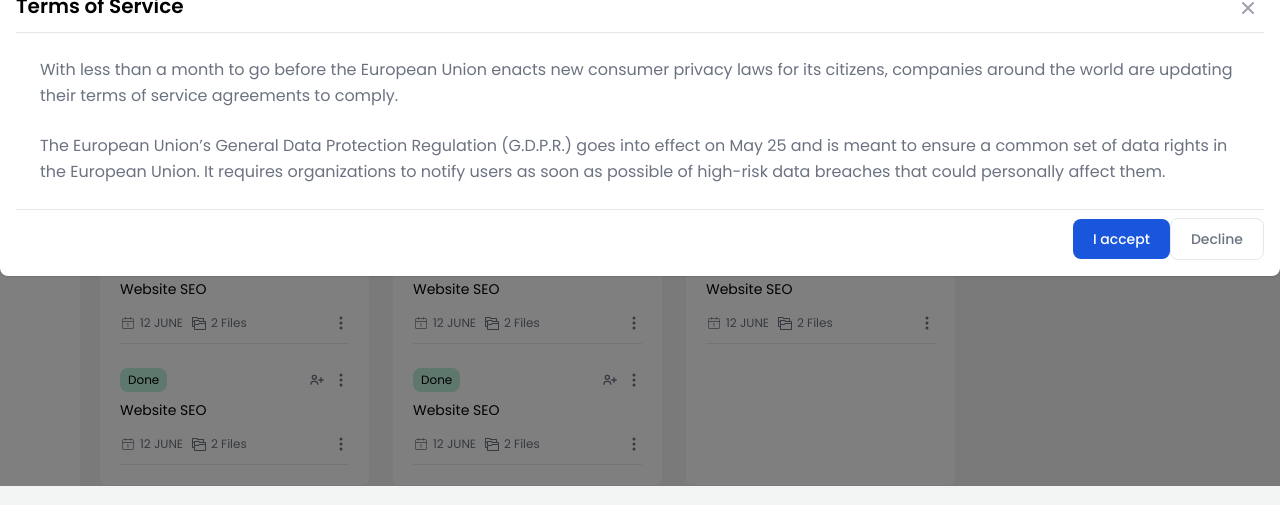
Repository: Shamraiz761/Frontend-Assessment
Page: /, after clicking the first element matching `button.bg-white`
These files come from the project's save history. The page is drawn as it stood at one moment and after the next save; the edit follows.
The browser window is 1280 px wide. The pictures show the part of the page from y = 234 to 739 px (the page is 739 px tall).
Pictures or frames that could not be fetched are drawn as grey boxes. The project was rebuilt for these pictures with package versions that can differ from the ones it lists, and the page was loaded fresh each time. Also part of the build but not shown: vite.config.js. Imported but missing from the stored project, and not drawn on this page: src/pages/auth/login.

Above is the page before, as saved 2023-06-09 12:53:50.

### src/main.jsx
import ReactDOM from 'react-dom/client'

import React from 'react'

import App from './App.jsx'
import './index.css'

ReactDOM.createRoot(document.getElementById('root')).render(
  <React.StrictMode>
    <App />
  </React.StrictMode>,
)

### src/App.jsx
import React from 'react'
import { DndProvider } from 'react-dnd'
import { HTML5Backend } from 'react-dnd-html5-backend'
import 'flowbite'

import AppRoutes from './routes'

export default function App() {
  return (
    <DndProvider backend={HTML5Backend}>
      <AppRoutes />
    </DndProvider>
  )
}

### src/index.css
@import url("https://fonts.googleapis.com/css2?family=Poppins:wght@400;500;600;700;800;900&display=swap");

@tailwind base;
@tailwind components;
@tailwind utilities;

* {
  margin: 0;
  padding: 0;
}

body {
  margin: 0;
  font-family: "Poppins", -apple-system, BlinkMacSystemFont, "Segoe UI",
    "Roboto", "Oxygen", "Ubuntu", "Cantarell", "Fira Sans", "Droid Sans",
    "Helvetica Neue", sans-serif;
  -webkit-font-smoothing: antialiased;
  -moz-osx-font-smoothing: grayscale;
  width: 100vw;
  overflow-x: hidden;
  background-color: #f2f5f3;
  /* background: linear-gradient(180deg, #faefe8 0%, #edc7ac 100%); */
}

code {
  font-family: source-code-pro, Menlo, Monaco, Consolas, "Courier New",
    monospace;
}

.pointer-cursor {
  cursor: pointer;
}

.cusBorder {
  border: 1px solid #000;
  border-radius: 5px;
}

img {
  cursor: pointer;
}
.errors {
  color: #dc3545;
  padding: 0;
  margin: 0;
  font-size: 12px;
}
.loader {
  position: fixed;
  top: 0;
  bottom: 0;
  left: 0;
  right: 0;
  background-color: rgba(47, 151, 161, 0.32);

  display: flex;
  justify-content: center;
  align-items: center;
}

.link {
  color: #000;
  cursor: pointer;
  text-decoration: none;
}
.link:hover {
  color: #000;
}

.trans-btn {
  background-color: transparent;
  border: none;
}
.profile-logout-btn {
  border: 0;
}
.profile-logout-btn:hover {
  border: 0;
}
.profile-btn {
  border-radius: 0;
  border: 0;
}
.logout-btn {
  border-radius: 0;
  border: 0;
}
.logout-btn:hover {
  background-color: rgba(220, 53, 69, 0.5);
  border: 0;
  color: #fff;
}
.breadcrumbs ul {
  list-style: none;
  display: inline-block;
}

.breadcrumbs ul li {
  display: inline;
}

.breadcrumbs ul li .bc-link {
  /* display: block; */
  width: max-content;
  background-color: #f8f9fa;
  padding: 6px 15px 6px 25px;
  text-align: center;
  position: relative;
  margin: 0 10px 0 0;
  font-size: 15px;
  text-decoration: none;
  color: #000;
}
.breadcrumbs ul li .bc-link::after {
  content: "";
  border-top: 17px solid transparent;
  border-bottom: 17px solid transparent;
  border-left: 17px solid #f8f9fa;
  position: absolute;
  top: 0;
  right: -17px;
  z-index: 1;
}
.breadcrumbs ul li .bc-link::before {
  content: "";
  border-top: 17px solid transparent;
  border-bottom: 17px solid transparent;
  border-left: 17px solid #71cdd5;
  position: absolute;
  top: 0;
  left: 0;
}
.breadcrumbs ul li:first-child .bc-link {
  border-top-left-radius: 5px;
  border-bottom-left-radius: 5px;
}
.breadcrumbs ul li:first-child .bc-link::before {
  display: none;
}

.breadcrumbs ul li:last-child .bc-link {
  padding-right: 20px;
  border-top-right-radius: 5px;
  border-bottom-right-radius: 5px;
}
.breadcrumbs ul li:last-child .bc-link::after {
  display: none;
}

@media screen and (max-width: 500px) {
  .breadcrumbs ul li .bc-link {
    /* display: block; */
    padding: 2px 2px 2px 13px;
    /* margin: 0 10px 0 0; */
    font-size: 14px;
  }

  .breadcrumbs ul li .bc-link::after {
    content: "";
    border-top: 11.6px solid transparent;
    border-bottom: 11.6px solid transparent;
    border-left: 11.6px solid #f8f9fa;
    position: absolute;
    top: 0;
    right: -11.6px;
    z-index: 1;
  }
  .breadcrumbs ul li .bc-link::before {
    content: "";
    border-top: 11.6px solid transparent;
    border-bottom: 11.6px solid transparent;
    border-left: 11.6px solid #71cdd5;
    position: absolute;
    top: 0;
    left: 0;
  }
  .breadcrumbs ul li:last-child .bc-link {
    padding-right: 5px;
  }
}

@media screen and (max-width: 350px) {
  .breadcrumbs ul li .bc-link {
    /* display: block; */
    padding: 2px 2px 2px 12px;
    /* margin: 0 10px 0 0; */
    font-size: 10px;
  }

  .breadcrumbs ul li .bc-link::after {
    content: "";
    border-top: 9px solid transparent;
    border-bottom: 9px solid transparent;
    border-left: 9px solid #f8f9fa;
    position: absolute;
    top: 0;
    right: -9px;
    z-index: 1;
  }
  .breadcrumbs ul li .bc-link::before {
    content: "";
    border-top: 9px solid transparent;
    border-bottom: 9px solid transparent;
    border-left: 9px solid #edc7ac;
    position: absolute;
    top: 0;
    left: 0;
  }
  .breadcrumbs ul li:last-child .bc-link {
    padding-right: 5px;
  }
}

/* ********************************************** */

### src/routes/index.jsx
import {
  createBrowserRouter,
  createRoutesFromElements,
  RouterProvider,
  Route,
} from "react-router-dom";

import * as React from "react";

import Layout from "./layout";
import Root from "./root";

import Home from "../pages/dashboard";
import Login from "../pages/auth/login";
import Header from "../components/header/index";

export default function AppRoutes() {
  const router = createBrowserRouter(
    createRoutesFromElements(
      <Route path="/" element={<Root />}>
        <Route path="/login" element={<Login />} />

        <Route element={<Layout />}>
          <Route path="/" element={<Home />} />
        </Route>
      </Route>
    )
  );

  return <RouterProvider router={router} />;
}

### src/routes/layout.jsx
import { Link, Outlet, useNavigate } from "react-router-dom";
import { Gi3DGlasses } from "react-icons/gi";
import { CgProfile } from "react-icons/cg";
import { BsArrowLeft, BsFillChatSquareTextFill } from "react-icons/bs";
import { MdOutlineDashboard, MdOutlineCastForEducation } from "react-icons/md";

import React, { useState } from "react";
import Header from "../components/header/index";

export default function Layout() {
  const [open, setOpen] = useState(false);
  const [type, setType] = useState(false);
  const navigate = useNavigate();
  return (
    <div>
      {/* {loading && <LoadingSpinner asOverlay />} */}
      <div
        className={` h-screen bg-white  p-3 ${
          open ? "w-56" : "w-20"
        } fixed top-0 sidebar z-50`}
      >
        {/* Logo */}

        <div className="flex flex-row justify-center">
          <svg
            width="67"
            height="67"
            viewBox="0 0 67 67"
            fill="none"
            xmlns="http://www.w3.org/2000/svg"
            className={` text-4xl block float-left cursor-pointer rounded duration-500 ${
              !open && "rotate-[360deg]"
            }`}
            onClick={() => {
              setOpen(!open);
              setType(false);
            }}
          >
            <path
              d="M22.138 15.2984L30.8759 24.0363C32.3276 25.488 34.7005 25.488 36.1522 24.0363L44.8901 15.2984C47.2351 12.9534 45.588 8.90552 42.238 8.90552H24.7622C21.4401 8.90552 19.7651 12.9534 22.138 15.2984Z"
              fill="#208FF5"
            />
            <path
              d="M22.138 51.7017L30.8759 42.9637C32.3276 41.5121 34.7005 41.5121 36.1522 42.9637L44.8901 51.7017C47.2351 54.0467 45.588 58.0946 42.238 58.0946H24.7622C21.4401 58.0946 19.7651 54.0467 22.138 51.7017Z"
              fill="#208FF5"
            />
            <path
              d="M6.03002 31.9088L12.423 21.8588C13.428 20.2676 15.6614 20.0163 17.0014 21.3563L27.0514 31.4063C28.1959 32.5509 28.1959 34.4213 27.0514 35.5659L17.0014 45.6159C15.6614 46.9559 13.456 46.7047 12.423 45.1134L6.03002 35.0634C5.44377 34.1142 5.44377 32.8859 6.03002 31.9088Z"
              fill="#208FF5"
            />
            <path
              d="M60.9701 31.9088L54.5771 21.8588C53.5721 20.2676 51.3387 20.0163 49.9987 21.3563L39.9488 31.4063C38.8042 32.5509 38.8042 34.4213 39.9488 35.5659L49.9987 45.6159C51.3387 46.9559 53.5442 46.7047 54.5771 45.1134L60.9701 35.0634C61.5563 34.1142 61.5563 32.8859 60.9701 31.9088Z"
              fill="#208FF5"
            />
          </svg>
        </div>

        {/* Search */}

        <ul className="pt-2">
          {/* Dashboard */}
          <Link
            to="/"
            className={` rounded-md text-gray-500  text-xs flex items-center gap-x-4 cursor-pointer hover:bg-gray-50 hover:text-blue-500 py-4 p-2`}
          >
            <span className="text-xl block float-left">
              <MdOutlineDashboard />
            </span>
            <span
              className={` text-sm font-md flex-1
          ${!open && "hidden"}`}
            >
              Marketplace
            </span>
          </Link>

          <Link
            className={` rounded-md text-gray-500  text-xs flex items-center gap-x-4 cursor-pointer hover:bg-gray-50 hover:text-blue-500 py-4 p-2`}
            to="/profile"
          >
            <span className="text-xl block float-left">
              <CgProfile />
            </span>
            <span
              className={` text-xs font-md flex-1
          ${!open && "hidden"}`}
            >
              Profile
            </span>
          </Link>

          {/* Lens */}
          <Link
            className={` rounded-md text-gray-500  text-xs flex items-center gap-x-4 cursor-pointer hover:bg-gray-50 hover:text-blue-500 py-4 p-2`}
            to="/chat"
          >
            <span className="text-lg block float-left">
              <BsFillChatSquareTextFill />
            </span>
            <span
              className={` text-xs font-md flex-1
          ${!open && "hidden"}`}
            >
              Chat
            </span>
          </Link>

          {/* Orders */}
          <Link
            className={` rounded-md text-gray-500  text-xs flex items-center gap-x-4 cursor-pointer hover:bg-gray-50 hover:text-blue-500 py-4 p-2`}
            to="/education"
          >
            <span className="text-xl block float-left">
              <MdOutlineCastForEducation />
            </span>
            <span
              className={` text-xs font-md flex-1
          ${!open && "hidden"}`}
            >
              Education
            </span>
          </Link>
        </ul>
      </div>
      <div className={` ${open ? "ml-56" : "ml-20"}`}>
        <Header />
        <Outlet />
      </div>
    </div>
  );
}

### src/routes/root.jsx
import { Outlet } from 'react-router-dom'

import React from 'react'

export default function Root() {
    return (
        <Outlet />
    )
}

### src/pages/Dashboard/index.jsx
import { AiOutlinePlusCircle } from "react-icons/ai";
import { BsThreeDotsVertical } from "react-icons/bs";

import React, { useState } from "react";

import "./index.css";
import Profile from "../../components/dashboard/profile";
import Card from "../../components/dashboard/card";

function Home() {
  const [isModalOpen, setIsModalOpen] = useState(false);

  const toggleModal = () => {
    setIsModalOpen(!isModalOpen);
  };

  return (
    <div className="mr-3">
      <Profile />
      <div className="m-5 grid grid-cols-1 sm:grid-cols-2 md:grid-cols-3 lg:grid-cols-4 gap-6 ">
        <div className="bg-white p-5 rounded-md">
          <div className="flex flex-row justify-between py-3 border-b">
            <div className="text-sm font-medium">Task Name</div>
            <div className="flex flex-row text-gray-500">
              <AiOutlinePlusCircle className="mr-2" />
              <BsThreeDotsVertical />
            </div>
          </div>
          <Card />
          <Card />
        </div>
        <div className="bg-white p-5 rounded-md">
          <div className="flex flex-row justify-between py-3 border-b">
            <div className="text-sm font-medium">Task Name</div>
            <div className="flex flex-row text-gray-500">
              <AiOutlinePlusCircle className="mr-2" />
              <BsThreeDotsVertical />
            </div>
          </div>
          <Card />
          <Card />
        </div>
        <div className="bg-white p-5 rounded-md">
          <div className="flex flex-row justify-between py-3 border-b">
            <div className="text-sm font-medium">Task Name</div>
            <div className="flex flex-row text-gray-500">
              <AiOutlinePlusCircle className="mr-2" />
              <BsThreeDotsVertical />
            </div>
          </div>
          <Card />
        </div>

        <div>
          <button
            onClick={toggleModal}
            className="bg-white flex flex-row justify-center text-blue-500 rounded-lg border border-dashed border-blue-500 px-2 py-2 text-sm w-full"
            type="button"
          >
            <AiOutlinePlusCircle className="mr-2 mt-1" />
            <h1>Add List</h1>
          </button>
          {isModalOpen && (
            <div className="fixed w-full top-0 left-0 right-0 bottom-0 z-50   bg-opacity-50 bg-black">
              <div className="w-9/12 flex min-h-screen  items-center justify-center ml-40">
                <div className="absolute bg-white rounded-lg shadow p-4">
                  {/* Modal header */}
                  <div className="flex items-start justify-between border-b pb-2">
                    <h3 className="text-xl font-semibold">Terms of Service</h3>
                    <button
                      onClick={toggleModal}
                      className="text-gray-400 bg-transparent hover:bg-gray-200 hover:text-gray-900 rounded-lg p-1.5 ml-auto inline-flex items-center"
                    >
                      <svg
                        aria-hidden="true"
                        className="w-5 h-5"
                        fill="currentColor"
                        viewBox="0 0 20 20"
                        xmlns="http://www.w3.org/2000/svg"
                      >
                        <path
                          fillRule="evenodd"
                          d="M4.293 4.293a1 1 0 011.414 0L10 8.586l4.293-4.293a1 1 0 111.414 1.414L11.414 10l4.293 4.293a1 1 0 01-1.414 1.414L10 11.414l-4.293 4.293a1 1 0 01-1.414-1.414L8.586 10 4.293 5.707a1 1 0 010-1.414z"
                          clipRule="evenodd"
                        />
                      </svg>
                      <span className="sr-only">Close modal</span>
                    </button>
                  </div>
                  {/* Modal body */}
                  <div className="p-6 space-y-6">
                    <p className="text-base leading-relaxed text-gray-500">
                      With less than a month to go before the European Union
                      enacts new consumer privacy laws for its citizens,
                      companies around the world are updating their terms of
                      service agreements to comply.
                    </p>
                    <p className="text-base leading-relaxed text-gray-500">
                      The European Union’s General Data Protection Regulation
                      (G.D.P.R.) goes into effect on May 25 and is meant to
                      ensure a common set of data rights in the European Union.
                      It requires organizations to notify users as soon as
                      possible of high-risk data breaches that could personally
                      affect them.
                    </p>
                  </div>
                  {/* Modal footer */}
                  <div className="flex items-center justify-end border-t pt-2">
                    <button
                      onClick={toggleModal}
                      type="button"
                      className="text-white bg-blue-700 hover:bg-blue-800 focus:ring-4 focus:outline-none focus:ring-blue-300 font-medium rounded-lg text-sm px-5 py-2.5"
                    >
                      I accept
                    </button>
                    <button
                      onClick={toggleModal}
                      type="button"
                      className="text-gray-500 bg-white hover:bg-gray-100 focus:ring-4 focus:outline-none focus:ring-blue-300 rounded-lg border border-gray-200 text-sm font-medium px-5 py-2.5 hover:text-gray-900"
                    >
                      Decline
                    </button>
                  </div>
                </div>
              </div>
            </div>
          )}
        </div>
      </div>
    </div>
  );
}
export default Home;

### src/components/header/index.jsx
import { IoIosNotifications } from "react-icons/io";

import React from "react";
import { CgProfile } from "react-icons/cg";

function Header() {
  return (
    <div>
      {/* component */}
      <nav className=" bg-white w-full flex relative justify-between items-center mx-auto px-8 py-4 h-16">
        {/* search bar */}
        <div className="hidden sm:block flex-shrink flex-grow-0 justify-start px-2">
          <div className="inline-block">
            <div className="inline-flex items-center max-w-full">
              <input
                className="flex items-center text-gray-400 bg-slate-50 justify-between  flex-grow-0  relative w-72 border rounded-lg  py-1"
                type="search"
                placeholder="Search"
              />

              <div className="flex items-center justify-center relative  h-8 w-24 rounded-full"></div>
            </div>
          </div>
        </div>

        <div className="flex-initial">
          <div className="flex justify-end items-center relative">
            <div className="block">
              <div className="inline relative sm:flex sm:flex-row sm:justify-center">
                <button
                  type="button"
                  className="inline-flex items-center relative px-2  rounded-full hover:shadow-lg"
                >
                  <IoIosNotifications className="text-gray-400 text-xl" />
                </button>
                <button
                  type="button"
                  className="inline-flex items-center relative px-2  rounded-full hover:shadow-lg"
                >
                  <CgProfile className="text-gray-400 text-xl" />
                </button>
              </div>
            </div>
          </div>
        </div>
        {/* end login */}
      </nav>
    </div>
  );
}

export default Header;

### src/pages/Dashboard/index.css
.dashboard-cover-iamge{
    background: url("../../assets/images/dashboard-back.png");
    background-position: center;
    background-repeat: no-repeat;
    background-size: cover;

}

### src/components/dashboard/profile.jsx
import profile from "../../assets/images/Ellipse 1631.png";

import React from "react";

function Profile() {
  return (
    <div className="m-5  w-[11/12] md:h-72 h-[360px]  bg-white">
      <div className="dashboard-cover-iamge h-[150px]  w-[100%]"></div>
      <div className="grid lg:grid-cols-2 grid-cols-1 md:grid-cols-2 flex-row justify-between flex-wrap">
        <div className="ml-12">
          <img src={profile} className="h-32 w-32 mt-[-65px]  " />
          <h1 className="text-blue-600 font-semibold text-sm ml-[-15px] mt-2">
            Muhammad Shamraiz
          </h1>
          <p className="text-gray-400 text-xs font-thin ml-[-15px]">
            shamirajpoot@gmail.com
          </p>
        </div>
        <div className="grid my-3 grid-cols-2 lg:grid-cols-4 md:justify-end justify-between mx-8 items-center ">
          <button className="btn border  rounded-full w-24 lg:w-28 m-1  px-4 py-2 bg-blue-600 text-sm  text-white">
            Task
          </button>
          <button className="btn border  rounded-full w-24 lg:w-28 m-1 px-4 py-2 bg-gray-300 text-sm  text-gray-800">
            Order
          </button>
          <button className="btn border  rounded-full w-24 lg:w-28  m-1 px-4 py-2 bg-gray-300 text-sm  text-gray-800">
            Submit
          </button>
          <button className="btn border  rounded-full w-24 lg:w-28 m-1 px-4 py-2 bg-gray-300 text-sm  text-gray-800">
            Payment
          </button>
        </div>
      </div>
    </div>
  );
}

export default Profile;

### src/components/dashboard/card.jsx
import { BiUserPlus } from "react-icons/bi";
import { CiCalendarDate } from "react-icons/ci";
import { VscFileSubmodule } from "react-icons/vsc";
import { BsThreeDotsVertical } from "react-icons/bs";

import React from "react";

function Card() {
  return (
    <div className="border-b py-3">
      <div className="flex flex-row justify-between mt-3 ">
        <span className="bg-green-200 px-2 py-1 rounded-lg text-xs font-thin">
          Done
        </span>
        <div className="flex flex-row text-gray-500 mt-1">
          <BiUserPlus className="mr-2 " />
          <BsThreeDotsVertical />
        </div>
      </div>
      <h1 className="text-sm my-2">Website SEO</h1>

      <div className="flex flex-row justify-between mt-3">
        <div className="flex flex-row">
          <div className="flex flex-row text-gray-500 mt-1">
            <CiCalendarDate className="mr-1" />
            <p className="text-xs font-thin text-gray-500 mr-2">12 JUNE</p>
          </div>
          <div className="flex flex-row text-gray-500 mt-1">
            <VscFileSubmodule className="mr-1" />
            <p className="text-xs font-thin text-gray-500 mr-2">2 Files</p>
          </div>
        </div>
        <div className="flex flex-row text-gray-500 mt-1">
          <BsThreeDotsVertical />
        </div>
      </div>
    </div>
  );
}

export default Card;

### tailwind.config.cjs
const colors = require('tailwindcss/colors');
const defaultTheme = require('tailwindcss/defaultTheme');

module.exports = {
  content: ['./src/**/*.{js,jsx,ts,tsx}', "node_modules/flowbite/**/*.js"],
  theme: {
    extend: {
      colors: {
        // set primary color from figma
        // primary: {
        // },
      },
      fontFamily: {
        poppins: ['Poppins', ...defaultTheme.fontFamily.sans],
      },
      fontSize: {
        xxs: '0.5rem',
      },
    },
  },
  plugins: [
    require('flowbite/plugin')
  ],

};

Loaded but not shown: index.html (common file)

After the next save:
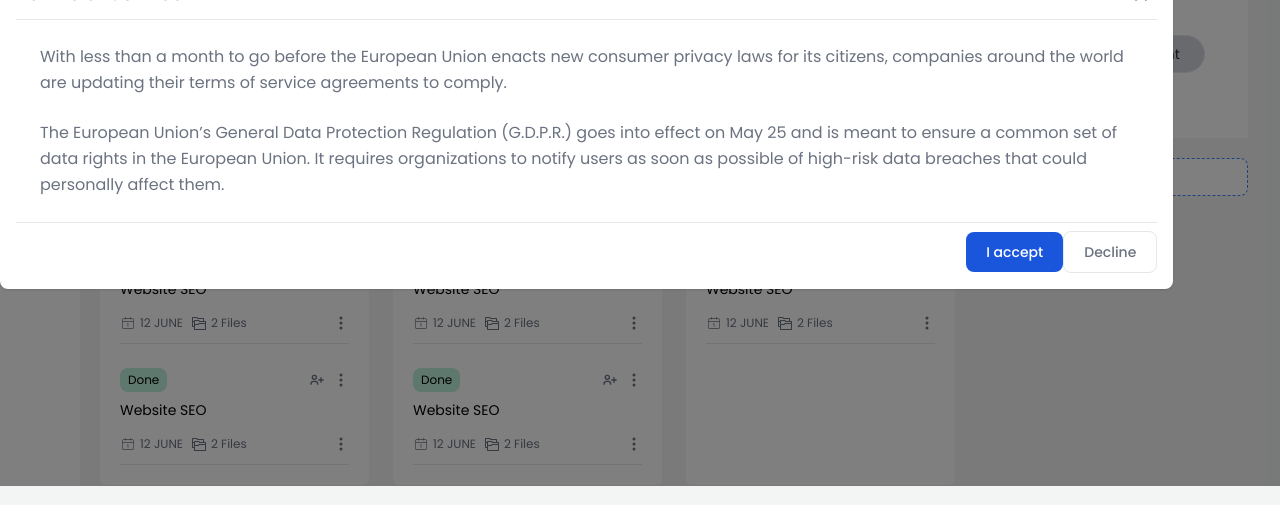
Saved 22 s later.
--- a/src/pages/Dashboard/index.jsx
+++ b/src/pages/Dashboard/index.jsx
@@ -62,7 +62,7 @@ function Home() {
           </button>
           {isModalOpen && (
             <div className="fixed w-full top-0 left-0 right-0 bottom-0 z-50   bg-opacity-50 bg-black">
-              <div className="w-9/12 flex min-h-screen  items-center justify-center ml-40">
+              <div className="w-8/12 flex min-h-screen  items-center justify-center ml-40">
                 <div className="absolute bg-white rounded-lg shadow p-4">
                   {/* Modal header */}
                   <div className="flex items-start justify-between border-b pb-2">
